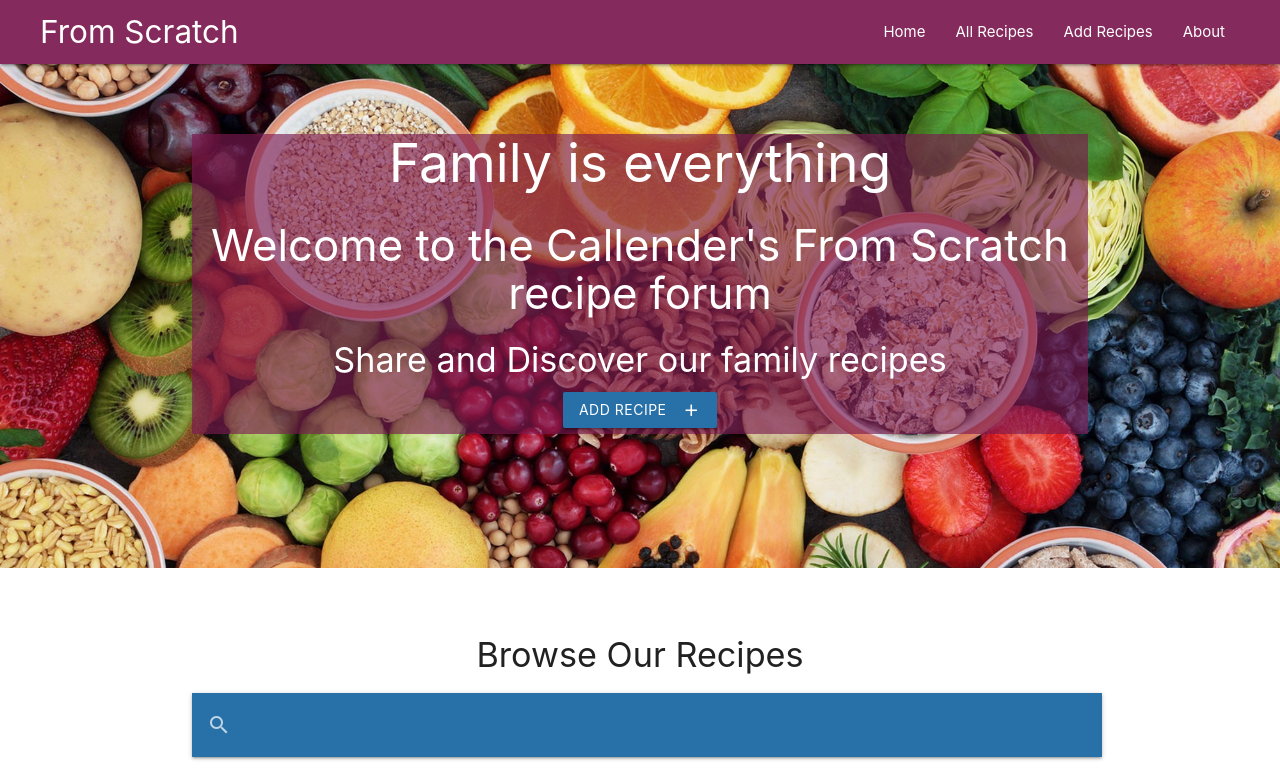
Repository: callendera/MilestoneProject3
Page: http://localhost/
The author's editor kept a record of every edit. The page is drawn from the files as they stood at one moment, then again after the next edit.
The browser window is 1280 px wide. The pictures show the whole page.
Backgrounds fixed to the window are drawn as part of the page. The page is served by the project's application, run on Flask 3 (recipe.py). Queries for data that is not in the repository find no rows.

Above is the page before.
Console error: SyntaxError: Unexpected token ')'

After the next edit:
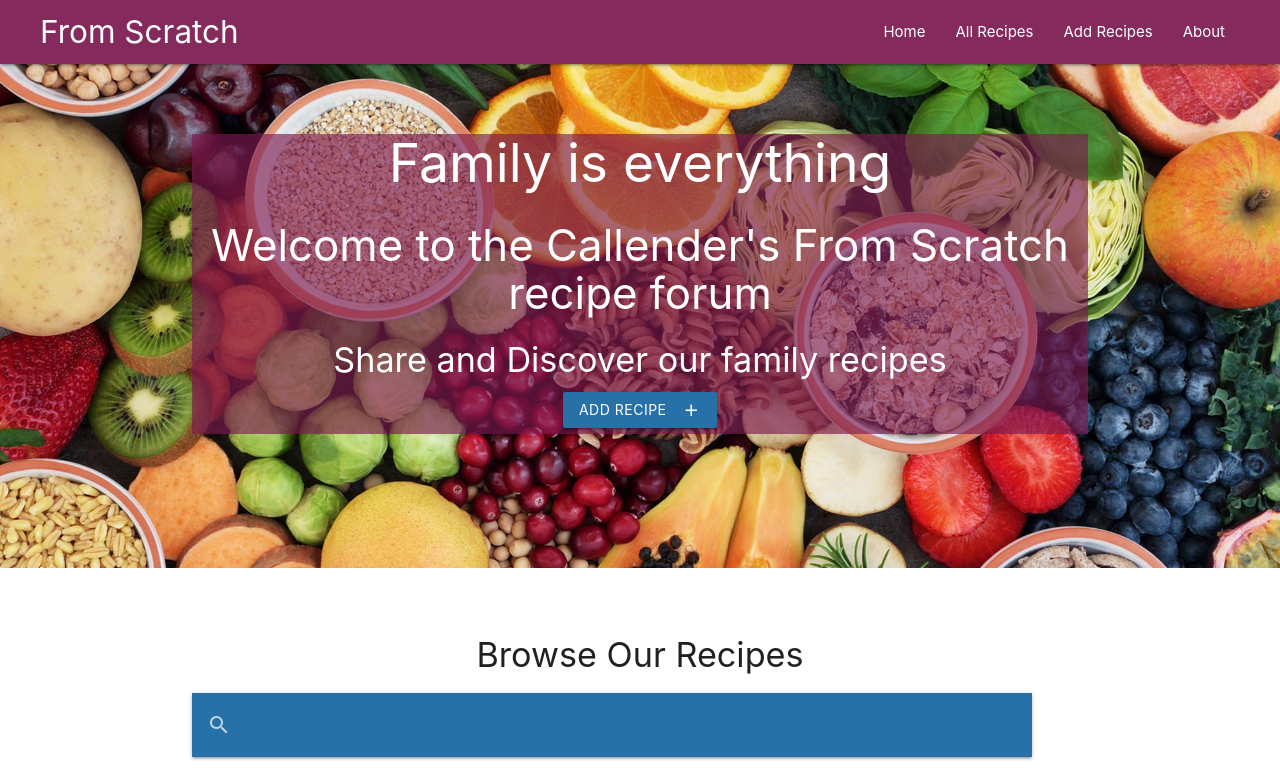
The edit:
--- a/static/css/style.css
+++ b/static/css/style.css
@@ -84,7 +84,7 @@
 
 .my-search-bar-margin {
     margin-top: 20px;
-    width: 910px;
+    width: 840px;
 }
 
 /*---Media Queries---*/
@@ -94,7 +94,8 @@
 
 @media (min-width: 576px) {
     .callout-text-background-color {
-       margin-top: 200px; ;
+        margin-top: 200px;
+        ;
     }
 
 }
@@ -119,7 +120,8 @@
         height: 60vh;
     }
     .callout-text-background-color {
-       margin-top: 50px; ;
+        margin-top: 50px;
+        ;
     }
 
 }
@@ -144,7 +146,8 @@
         height: 60vh;
     }
     .callout-text-background-color {
-       margin-top: 90px; ;
+        margin-top: 90px;
+        ;
     }
 }
 
@@ -168,9 +171,10 @@
         height: 70vh;
     }
     .callout-text-background-color {
-       margin-top: 70px; ;
+        margin-top: 70px;
+        ;
     }
     .recipe-row-margin {
-    margin-left: 0px;
+        margin-left: 0px;
     }
 }
